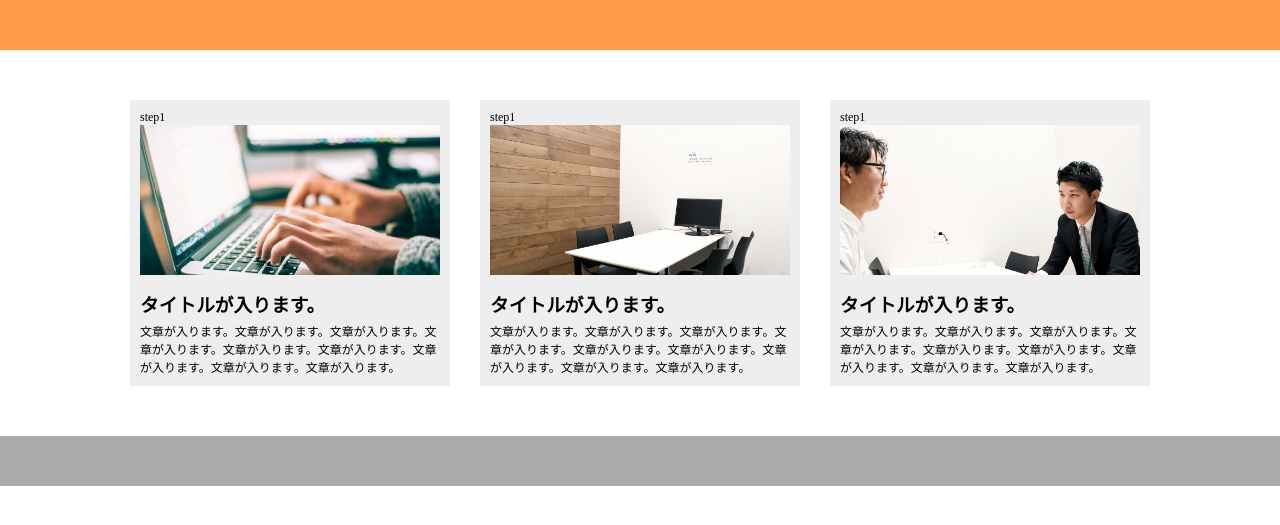
Repository: yukito7878/HTML-CSS-practice
Page: caravan/index9-practice.html
The author's editor kept a record of every edit. The page is drawn from the files as they stood at one moment, then again after the next edit.
The browser window is 1280 px wide. The pictures show the whole page.

Above is the page before.

### caravan/index9-practice.html
<!DOCTYPE html>
<html lang="ja">
  <head>
    <meta charset="UTF-8" />
    <!-- CSSファイルの読み込み -->
    <link rel="stylesheet" href="style9-practice.css" />
    <title>CARAVAN</title>
  </head>

  <body>
    <header class="header"></header>
    <main>
      <div class="main-block">
        <div class="each-block">
          <p class="step">step1</p>
          <div class="image image1"></div>
          <h3>タイトルが入ります。</h3>
          <p>文章が入ります。文章が入ります。文章が入ります。文章が入ります。文章が入ります。文章が入ります。文章が入ります。文章が入ります。文章が入ります。</p>
        </div>
        <div class="each-block">
          <p class="step">step1</p>
          <div class="image image2"></div>
          <h3>タイトルが入ります。</h3>
          <p>文章が入ります。文章が入ります。文章が入ります。文章が入ります。文章が入ります。文章が入ります。文章が入ります。文章が入ります。文章が入ります。</p>
        </div>
        <div class="each-block">
          <p class="step">step1</p>
          <div class="image image3"></div>
          <h3>タイトルが入ります。</h3>
          <p>文章が入ります。文章が入ります。文章が入ります。文章が入ります。文章が入ります。文章が入ります。文章が入ります。文章が入ります。文章が入ります。</p>
        </div>
      </div>
    </main>
    <footer class="footer"></footer>

  </body>
</html>

### caravan/style9-practice.css
*{
  margin: 0;
  padding: 0;
  box-sizing: border-box;
}

.header{
  width: 100%;
  height: 50px;
  background-color: #FF9A4B;
}

.main-block{
  width: 960px;
  margin: 50px auto;
  display: flex;
  justify-content: center;

}

.each-block{
  width: 33.333%;
  padding: 10px 10px;
  background-color: #EEEEEE;
}

.each-block:nth-child(1){
  margin-right: 30px;
}

.each-block:nth-child(3){
  margin-left: 30px;
}

.image{
  height: 150px;
  width: 300px;
}

.image1{
  background-image: url(img-chapter9/flow01.png);
  background-size: cover; /* 縦横比を維持したまま背景領域を埋め尽くす */
  background-position: center;
}

.image2{
  background-image: url(img-chapter9/flow02.png);
  background-size: cover; /* 縦横比を維持したまま背景領域を埋め尽くす */
  background-position: center;
}

.image3{
  background-image: url(img-chapter9/flow03.png);
  background-size: cover; /* 縦横比を維持したまま背景領域を埋め尽くす */
  background-position: center;
}

.each-block h3{
  margin: 15px 0 5px 0;
}

.each-block p{
  font-size: 12px;
}

.footer{
  width: 100%;
  height: 50px;
  background-color: #AAAAAA;
}

After the next edit:
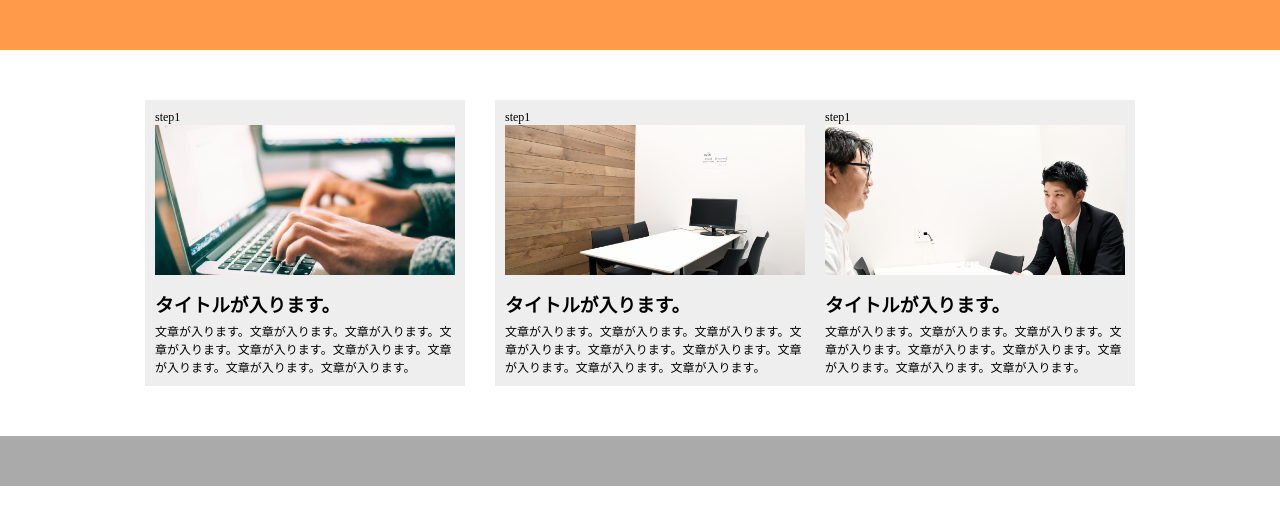
The edit:
--- a/caravan/style9-practice.css
+++ b/caravan/style9-practice.css
@@ -26,10 +26,6 @@
 
 .each-block:nth-child(1){
   margin-right: 30px;
-}
-
-.each-block:nth-child(3){
-  margin-left: 30px;
 }
 
 .image{

After the edit that followed:
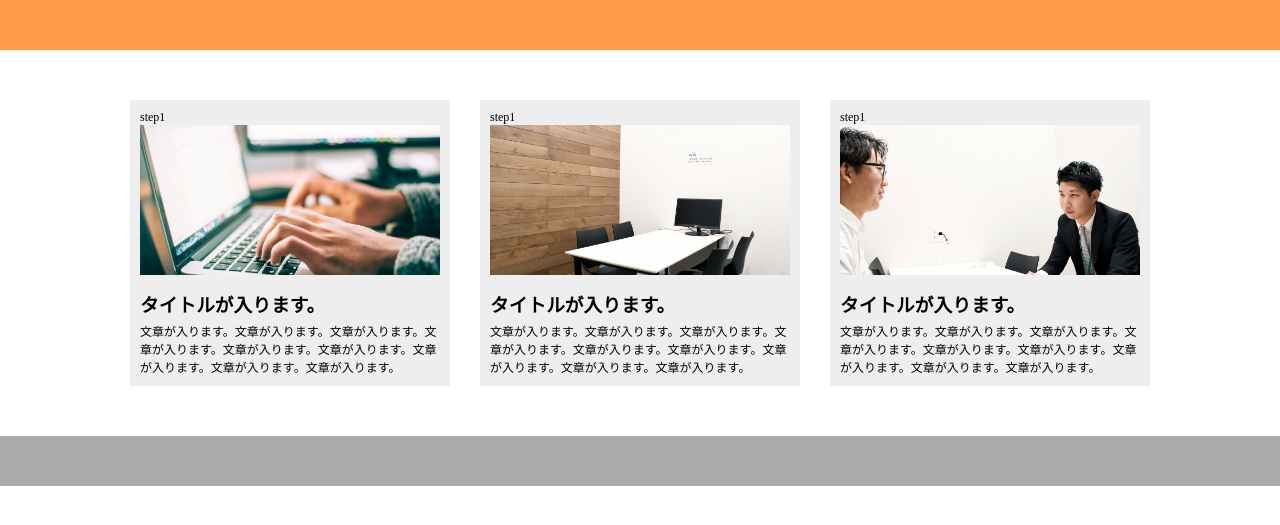
The edit:
--- a/caravan/style9-practice.css
+++ b/caravan/style9-practice.css
@@ -24,8 +24,9 @@
   background-color: #EEEEEE;
 }
 
-.each-block:nth-child(1){
+.each-block:nth-child(2){
   margin-right: 30px;
+  margin-left: 30px;
 }
 
 .image{
